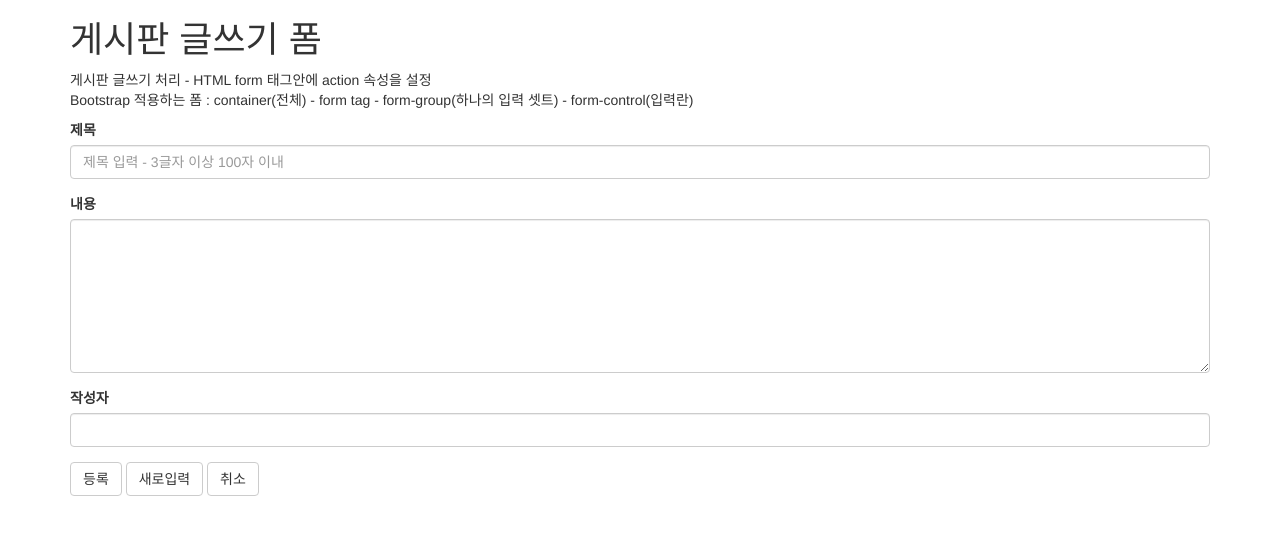
Repository: seokku/java2
Page: http://localhost/jspProject/notice/writeForm.jsp
These files come from the project's save history. The page is drawn as it stood at one moment and after the next save; the edit follows.
The browser window is 1280 px wide. The pictures show the whole page.
The page is served by Tomcat 9. Other server files are loaded and not shown.

Above is the page before, as saved 2021-02-15 02:58:29.

### workspace/web/jspProject/WebContent/notice/writeForm.jsp
<%@ page language="java" contentType="text/html; charset=UTF-8"
    pageEncoding="UTF-8"%>
<!DOCTYPE html>
<html>
<head>
<meta charset="UTF-8">
<title>공지 등록 폼</title>

  <!-- Bootstrap 라이브러리 등록 - CDN방식 -->
  <meta name="viewport" content="width=device-width, initial-scale=1">
  <link rel="stylesheet" href="https://maxcdn.bootstrapcdn.com/bootstrap/3.4.1/css/bootstrap.min.css">
  <script src="https://ajax.googleapis.com/ajax/libs/jquery/3.5.1/jquery.min.js"></script>
  <script src="https://maxcdn.bootstrapcdn.com/bootstrap/3.4.1/js/bootstrap.min.js"></script>


</head>
<body>
<div class="container">

	<h1>게시판 글쓰기 폼</h1>
	<p>
		게시판 글쓰기 처리 - HTML form 태그안에 action 속성을 설정<br/>
		Bootstrap 적용하는 폼 : container(전체) - form tag - form-group(하나의 입력 셋트) - form-control(입력란)
	</p>
	<form action="write.jsp" method="post">
		<div class="form-group">
			<!-- 제목 -->
			<label for="title">제목</label>
			<!-- input tag의 기본 type을 text입니다. 그래서 생략 가능하다. -->
			<input name="title" class="form-control" id="title" required="required"
			 placeholder="제목 입력 - 3글자 이상 100자 이내">
		</div>

		<div class="form-group">
			<!-- 내용 -->
			<label for="content">내용</label>
			<textarea rows="7" name="content" class="form-control" id="content"
			 required="required"></textarea>
		</div>

		<div class="form-group">
			<!-- 작성자 -->
			<label for="writer" >작성자</label>
			<!-- input tag의 기본 type을 text입니다. 그래서 생략 가능하다. -->
			<input name="writer" class="form-control" id="writer" required="required">
		</div>

		<!-- 데이터를 전송하는 type="submit" 버튼 - 버튼의 기본이므로 생략 가능한다. -->
		<button class="btn btn-default">등록</button>
		<!-- 데이터를 새로 입력하는 type = "reset" 버튼 -->
		<button type="reset" class="btn btn-default">새로입력</button>
		<!-- 취소하려면 버튼모양으로 사용(type="button")하고 취소의 동작을 JS로 작성한다.
			history.back() : 이전 페이지로 이동 -->
		<button type="button" onclick="history.back()" class="btn btn-default">취소</button>
	</form>

</div>
</body>
</html>

After the next save:
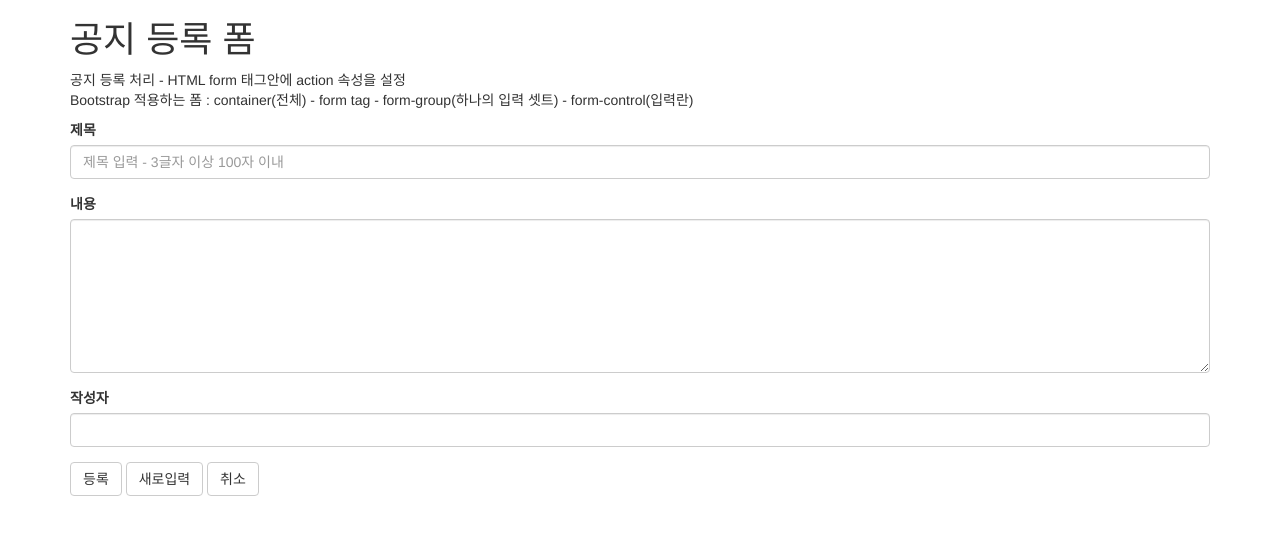
Saved 32 s later.
--- a/workspace/web/jspProject/WebContent/notice/writeForm.jsp
+++ b/workspace/web/jspProject/WebContent/notice/writeForm.jsp
@@ -17,9 +17,9 @@
 <body>
 <div class="container">
 
-	<h1>게시판 글쓰기 폼</h1>
+	<h1>공지 등록 폼</h1>
 	<p>
-		게시판 글쓰기 처리 - HTML form 태그안에 action 속성을 설정<br/>
+		공지 등록 처리 - HTML form 태그안에 action 속성을 설정<br/>
 		Bootstrap 적용하는 폼 : container(전체) - form tag - form-group(하나의 입력 셋트) - form-control(입력란)
 	</p>
 	<form action="write.jsp" method="post">
